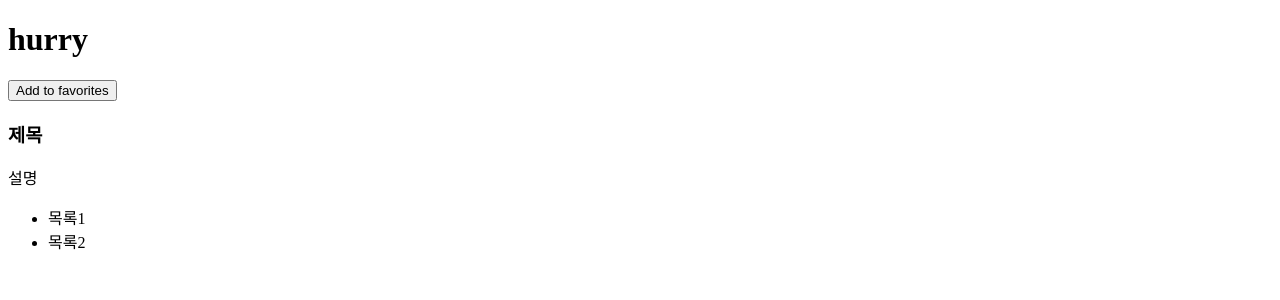
Repository: PareutPareut/frontend
Page: markDowns/htmlCssStudy/htmlStudy.html
The author's editor kept a copy of each file at every save. The page is drawn from the files as they stood at one save, then again after the next save.
The browser window is 1280 px wide. The pictures show the whole page.

Above is the page before, as saved 2023-11-27 03:18:08.

After the next save:
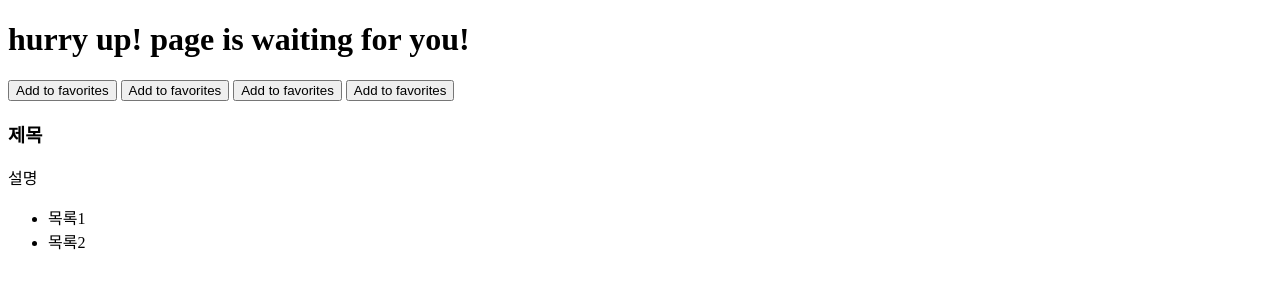
Saved 25 s later.
--- a/markDowns/htmlCssStudy/htmlStudy.html
+++ b/markDowns/htmlCssStudy/htmlStudy.html
@@ -8,7 +8,10 @@
   </head>
   <body>
 
-    <h1>hurry </h1>
+    <h1>hurry up! page is waiting for you!</h1>
+    <button type="button">Add to favorites</button>
+    <button type="button">Add to favorites</button>
+    <button type="button">Add to favorites</button>
     <button type="button">Add to favorites</button>
 
     <div id="구분용 div name">
